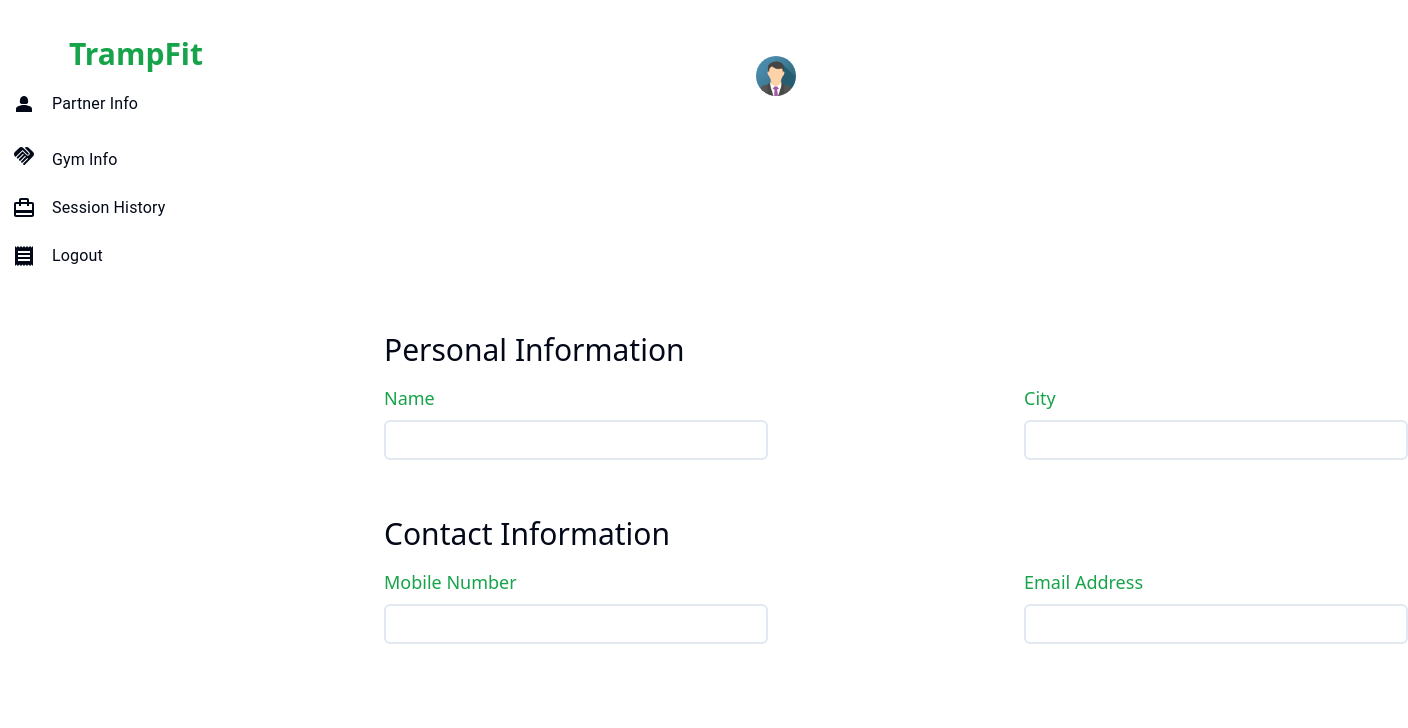
Repository: ezioxatul/TrampFit-Website
Page: /partner/partnerDashboard/partnerInfo (app in Frontend/)
These files come from the project's save history. The page is drawn as it stood at one moment and after the next save; the edit follows.
The browser window is 1280 px wide. The page is 1408 px wide, so the pictures cover 1408 px, including what lies to the right of the window. The pictures show the whole page.
The project was rebuilt for these pictures with package versions that can differ from the ones it lists, and the page was loaded fresh each time. The framework's server and built-in components were replaced by stand-ins that run in the browser. Also part of the build but not shown: Frontend/next.config.js, Frontend/next.config.mjs, Frontend/components/Loader.js, Frontend/components/Popup.js.

Above is the page before, as saved 2024-05-16 17:36:05.

### Frontend/pages/_app.js
import Loader from "@/components/Loader";
import "@/styles/globals.css";
import { useRouter } from "next/router";
import { useEffect, useState } from "react";


const Loading = () => {

  return (
    <Loader/>
  );
}

export default function App({ Component, pageProps }) {

  const [loading, setLoading] = useState(false);
  const router = useRouter();

  useEffect(() => {
    const handleStart = () => setLoading(true);
    const handleComplete = () => setLoading(false);

    router.events.on('routeChangeStart', handleStart);
    router.events.on('routeChangeComplete', handleComplete);
    router.events.on('routeChangeError', handleComplete);

    return () => {
      router.events.off('routeChangeStart', handleStart);
      router.events.off('routeChangeComplete', handleComplete);
      router.events.off('routeChangeError', handleComplete);
    };
  }, []);

  return (
    <>
    <div className="h-2">
      {
        loading  &&
          <Loading />

      }
      </div>
          <Component {...pageProps} />

    </>
  );
}

### Frontend/pages/_document.js
import { Html, Head, Main, NextScript } from "next/document";

export default function Document() {
  return (
    <Html lang="en">
          <Head />
          <body>
            <Main />
            <NextScript />
          </body>
        </Html>
        );
}

### Frontend/pages/partner/partnerDashboard/partnerInfo.js
import PartnerSideBar from "@/components/PartnerSideBar";
import { Avatar } from "@mui/material";
import { Input } from "@/components/ui/input";
import { Label } from "@/components/ui/label";
import { useEffect, useState } from "react";
import { useRouter } from "next/router";
import { ToastContainer, toast } from "react-toastify";

export default function partnerInfo() {
  return (
    <>
      <div className="flex flex-col min-h-screen">
        <div className=" flex">
          <PartnerSideBar />
          <div className=" mx-auto mt-12">
            <Avatar
              className=" w-36 h-36 text-6xl bg-black"
              src="/avtar.png"
            ></Avatar>
          </div>
        </div>
        <div>
          <h1 className=" ml-96 text-3xl mb-4 ">Personal Information</h1>
          <div className="flex ml-96 mb-10">
            <div className="mr-32 space-y-2">
              <Label
                htmlFor="name"
                className="text-lg text-green-600 font-normal"
              >
                Name
              </Label>
              <Input type="text" className=" w-96 text-lg border-2" />
            </div>
            <div className="ml-32 space-y-2">
              <Label
                htmlFor="city"
                className="text-lg text-green-600 font-normal"
              >
                City
              </Label>
              <Input type="text" className=" w-96 text-lg border-2" />
            </div>
          </div>
        </div>
        <div>
          <h1 className=" ml-96 text-3xl mb-4 mt-4 ">Contact Information</h1>
          <div className="flex ml-96 mb-10">
            <div className="mr-32 space-y-2">
              <Label
                htmlFor="name"
                className="text-lg text-green-600 font-normal"
              >
                Mobile Number
              </Label>
              <Input type="text" className=" w-96 text-lg border-2" />
            </div>
            <div className="ml-32 space-y-2 mb-10">
              <Label
                htmlFor="city"
                className="text-lg text-green-600 font-normal"
              >
                Email Address
              </Label>
              <Input type="text" className=" w-96 text-lg border-2" />
            </div>
            <ToastContainer />
          </div>
        </div>
      </div>
    </>
  );
}

### Frontend/styles/globals.css
@tailwind base;
@tailwind components;
@tailwind utilities;


@layer base {
  :root {
    --background: 0 0% 100%;
    --foreground: 222.2 84% 4.9%;

    --card: 0 0% 100%;
    --card-foreground: 222.2 84% 4.9%;

    --popover: 0 0% 100%;
    --popover-foreground: 222.2 84% 4.9%;

    --primary: 222.2 47.4% 11.2%;
    --primary-foreground: 210 40% 98%;

    --secondary: 210 40% 96.1%;
    --secondary-foreground: 222.2 47.4% 11.2%;

    --muted: 210 40% 96.1%;
    --muted-foreground: 215.4 16.3% 46.9%;

    --accent: 210 40% 96.1%;
    --accent-foreground: 222.2 47.4% 11.2%;

    --destructive: 0 84.2% 60.2%;
    --destructive-foreground: 210 40% 98%;

    --border: 214.3 31.8% 91.4%;
    --input: 214.3 31.8% 91.4%;
    --ring: 222.2 84% 4.9%;

    --radius: 0.5rem;
  }

  .dark {
    --background: 222.2 84% 4.9%;
    --foreground: 210 40% 98%;

    --card: 222.2 84% 4.9%;
    --card-foreground: 210 40% 98%;

    --popover: 222.2 84% 4.9%;
    --popover-foreground: 210 40% 98%;

    --primary: 210 40% 98%;
    --primary-foreground: 222.2 47.4% 11.2%;

    --secondary: 217.2 32.6% 17.5%;
    --secondary-foreground: 210 40% 98%;

    --muted: 217.2 32.6% 17.5%;
    --muted-foreground: 215 20.2% 65.1%;

    --accent: 217.2 32.6% 17.5%;
    --accent-foreground: 210 40% 98%;

    --destructive: 0 62.8% 30.6%;
    --destructive-foreground: 210 40% 98%;

    --border: 217.2 32.6% 17.5%;
    --input: 217.2 32.6% 17.5%;
    --ring: 212.7 26.8% 83.9%;
  }
}

@layer base {
  * {
    @apply border-border;
  }
  body {
    @apply bg-background text-foreground;
  }
}


.outline_remove:focus{


}
.focus-visible\:ring-offset-2:focus-visible{
  border:none !important;
  outline: none !important;
  border-style: none;
}

### Frontend/components/PartnerSideBar.js
import List from '@mui/material/List';
import ListItemButton from '@mui/material/ListItemButton';
import ListItemText from '@mui/material/ListItemText';
import Person2Icon from '@mui/icons-material/Person2';
import HandshakeIcon from '@mui/icons-material/Handshake';
import CardTravelIcon from '@mui/icons-material/CardTravel';
import ReceiptIcon from '@mui/icons-material/Receipt';
import LogoutIcon from '@mui/icons-material/Logout';

import { useState } from 'react';
import Link from 'next/link';
import Popup from './Popup';
import { useRouter } from 'next/router';

export default function PartnerSideBar() {

    let SideBarHeading = ['Partner Info', 'Gym Info', 'Session History', 'Logout'];

    let router = useRouter();
    let [start, setStart] = useState(false);

    const logout = () => {
        setStart(!start);
    }


    const logoutEvent = () => {
        localStorage.removeItem('partnerToken');
        setStart(false);
        router.push('/partner/partnerLogin')
    }
    return (
        <>
            <div className=" w-72  m-[-8px] p-1  mb-10">
                <Link href="#"><h1 className=' text-green-600 text-3xl font-semibold text-center mt-8 cursor-pointer'>TrampFit</h1></Link>

                <List className='bg-white mt-8 ml-6 space-y-2'>
                    {
                        SideBarHeading.map((text, index) => {
                            return (
                                index === 1 ?
                                    <>

                                        <ListItemButton className=' space-x-4 flex justify-between hover:bg-green-100 hover:rounded-2xl hover:text-green-600'>
                                            <Link href="#" className='flex space-x-4 '>
                                                <HandshakeIcon className='text-2xl' />
                                                <ListItemText primary={text} />
                                            </Link>
                                        </ListItemButton>

                                    </> :
                                    index === 0 ?
                                        <Link href="#">
                                            <ListItemButton className=' space-x-4 hover:bg-green-100 hover:rounded-2xl hover:text-green-600'>
                                                <Person2Icon className='text-2xl' />
                                                <ListItemText primary={text} />
                                            </ListItemButton>
                                        </Link> :
                                        index === 2 ?
                                            <Link href="#">
                                                <ListItemButton className=' space-x-4 hover:bg-green-100 hover:rounded-2xl hover:text-green-600'>
                                                    <CardTravelIcon className='text-2xl' />
                                                    <ListItemText primary={text} />
                                                </ListItemButton>
                                            </Link> :
                                            index === 3 ?
                                                <Link href="#">
                                                    <ListItemButton className=' space-x-4 hover:bg-green-100 hover:rounded-2xl hover:text-green-600'>
                                                        <ReceiptIcon className='text-2xl' />
                                                        <ListItemText primary={text} />
                                                    </ListItemButton>
                                                </Link> :
                                                <ListItemButton className=' space-x-4 hover:bg-green-100 hover:rounded-2xl hover:text-green-600' onClick={logout}>
                                                    <LogoutIcon className='text-2xl' />
                                                    <ListItemText primary={text} />
                                                    <Popup open={start} title={"Do you Really want to Logout?"} cancel="Cancel" logout="Logout" logoutEvent={logoutEvent} cancelEvent={logout} />
                                                </ListItemButton>
                            )
                        })
                    }
                </List>
            </div>
        </>
    );
}

### Frontend/tailwind.config.js
/** @type {import('tailwindcss').Config} */
module.exports = {
  darkMode: ["class"],
  content: [
    './pages/**/*.{js,jsx}',
    './components/**/*.{js,jsx}',
    './app/**/*.{js,jsx}',
    './src/**/*.{js,jsx}',
  ],
  prefix: "",
  theme: {
    container: {
      center: true,
      padding: "2rem",
      screens: {
        "2xl": "1400px",
      },
    },
    extend: {fontFamily: {
      play: ["Play", "sans-serif"],
    },
      colors: {
        border: "hsl(var(--border))",
        input: "hsl(var(--input))",
        ring: "hsl(var(--ring))",
        background: "hsl(var(--background))",
        foreground: "hsl(var(--foreground))",
        primary: {
          DEFAULT: "hsl(var(--primary))",
          foreground: "hsl(var(--primary-foreground))",
        },
        secondary: {
          DEFAULT: "hsl(var(--secondary))",
          foreground: "hsl(var(--secondary-foreground))",
        },
        destructive: {
          DEFAULT: "hsl(var(--destructive))",
          foreground: "hsl(var(--destructive-foreground))",
        },
        muted: {
          DEFAULT: "hsl(var(--muted))",
          foreground: "hsl(var(--muted-foreground))",
        },
        accent: {
          DEFAULT: "hsl(var(--accent))",
          foreground: "hsl(var(--accent-foreground))",
        },
        popover: {
          DEFAULT: "hsl(var(--popover))",
          foreground: "hsl(var(--popover-foreground))",
        },
        card: {
          DEFAULT: "hsl(var(--card))",
          foreground: "hsl(var(--card-foreground))",
        },
      },
      borderRadius: {
        lg: "var(--radius)",
        md: "calc(var(--radius) - 2px)",
        sm: "calc(var(--radius) - 4px)",
      },
      keyframes: {
        "accordion-down": {
          from: { height: "0" },
          to: { height: "var(--radix-accordion-content-height)" },
        },
        "accordion-up": {
          from: { height: "var(--radix-accordion-content-height)" },
          to: { height: "0" },
        },
      },
      animation: {
        "accordion-down": "accordion-down 0.2s ease-out",
        "accordion-up": "accordion-up 0.2s ease-out",
      },
    },
  },
  plugins: [require("tailwindcss-animate")],
}

Loaded but not shown: Frontend/components/ui/input.jsx (common file); Frontend/components/ui/label.jsx (common file); Frontend/lib/utils.js (common file)

After the next save:
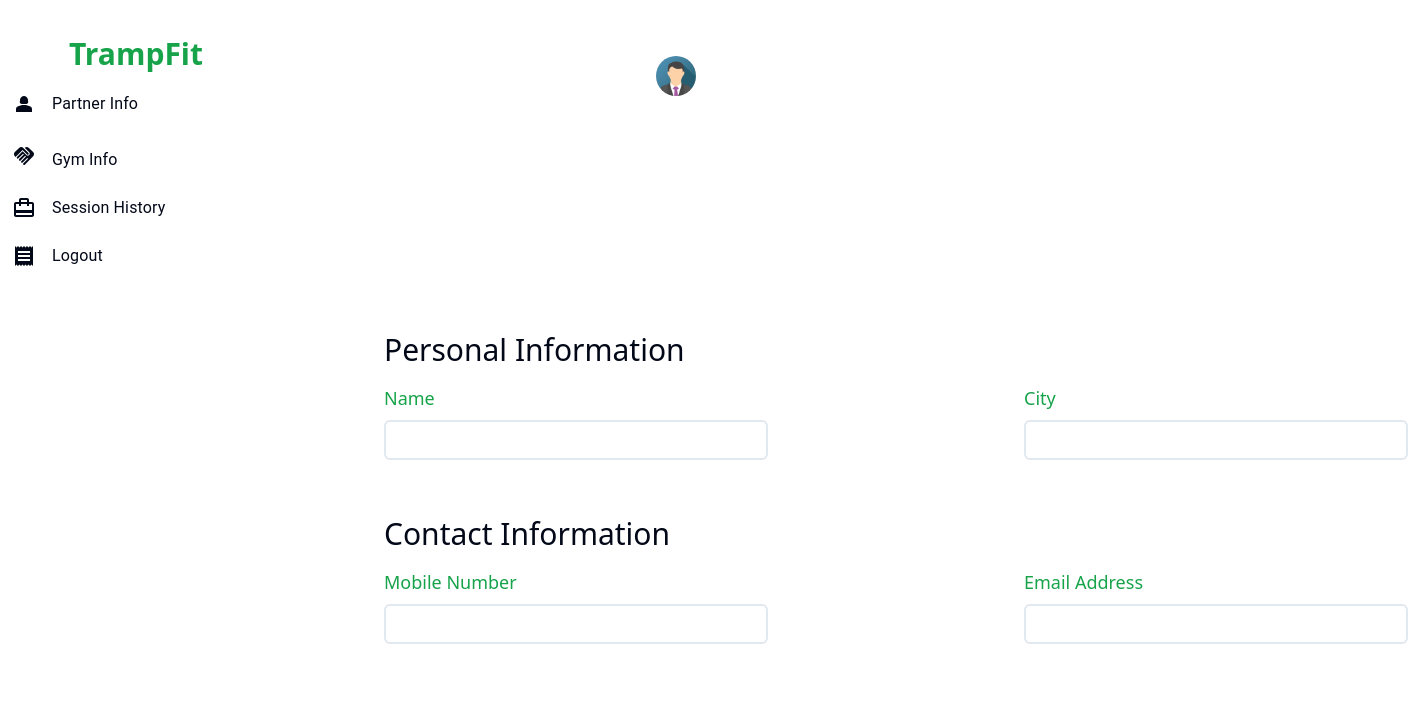
Saved 2 min 18 s later.
--- a/Frontend/pages/partner/partnerDashboard/partnerInfo.js
+++ b/Frontend/pages/partner/partnerDashboard/partnerInfo.js
@@ -7,66 +7,55 @@ import { useRouter } from "next/router";
 import { ToastContainer, toast } from "react-toastify";
 
 export default function partnerInfo() {
-  return (
-    <>
-      <div className="flex flex-col min-h-screen">
-        <div className=" flex">
-          <PartnerSideBar />
-          <div className=" mx-auto mt-12">
-            <Avatar
-              className=" w-36 h-36 text-6xl bg-black"
-              src="/avtar.png"
-            ></Avatar>
-          </div>
-        </div>
-        <div>
-          <h1 className=" ml-96 text-3xl mb-4 ">Personal Information</h1>
-          <div className="flex ml-96 mb-10">
-            <div className="mr-32 space-y-2">
-              <Label
-                htmlFor="name"
-                className="text-lg text-green-600 font-normal"
-              >
-                Name
-              </Label>
-              <Input type="text" className=" w-96 text-lg border-2" />
+    const inputClassName = "w-96 text-lg border-2";
+    const labelClassName = "text-lg text-green-600 font-normal";
+    const containerClassName = "ml-96";
+
+    return (
+        <>
+            <div className="flex flex-col min-h-screen">
+                <div className="flex">
+                    <PartnerSideBar />
+                    <div className={`${containerClassName} mt-12 mx-auto`}>
+                        <Avatar className="w-36 h-36 text-6xl bg-black" src="/avtar.png" />
+                    </div>
+                </div>
+                <div>
+                    <h1 className={`${containerClassName} text-3xl mb-4`}>Personal Information</h1>
+                    <div className={`${containerClassName} flex mb-10`}>
+                        <div className="mr-32 space-y-2">
+                            <Label htmlFor="name" className={labelClassName}>
+                                Name
+                            </Label>
+                            <Input type="text" className={inputClassName} />
+                        </div>
+                        <div className="ml-32 space-y-2">
+                            <Label htmlFor="city" className={labelClassName}>
+                                City
+                            </Label>
+                            <Input type="text" className={inputClassName} />
+                        </div>
+                    </div>
+                </div>
+                <div>
+                    <h1 className={`${containerClassName} text-3xl mb-4 mt-4`}>Contact Information</h1>
+                    <div className={`${containerClassName} flex mb-10`}>
+                        <div className="mr-32 space-y-2">
+                            <Label htmlFor="name" className={labelClassName}>
+                                Mobile Number
+                            </Label>
+                            <Input type="text" className={inputClassName} />
+                        </div>
+                        <div className="ml-32 space-y-2 mb-10">
+                            <Label htmlFor="city" className={labelClassName}>
+                                Email Address
+                            </Label>
+                            <Input type="text" className={inputClassName} />
+                        </div>
+                        <ToastContainer />
+                    </div>
+                </div>
             </div>
-            <div className="ml-32 space-y-2">
-              <Label
-                htmlFor="city"
-                className="text-lg text-green-600 font-normal"
-              >
-                City
-              </Label>
-              <Input type="text" className=" w-96 text-lg border-2" />
-            </div>
-          </div>
-        </div>
-        <div>
-          <h1 className=" ml-96 text-3xl mb-4 mt-4 ">Contact Information</h1>
-          <div className="flex ml-96 mb-10">
-            <div className="mr-32 space-y-2">
-              <Label
-                htmlFor="name"
-                className="text-lg text-green-600 font-normal"
-              >
-                Mobile Number
-              </Label>
-              <Input type="text" className=" w-96 text-lg border-2" />
-            </div>
-            <div className="ml-32 space-y-2 mb-10">
-              <Label
-                htmlFor="city"
-                className="text-lg text-green-600 font-normal"
-              >
-                Email Address
-              </Label>
-              <Input type="text" className=" w-96 text-lg border-2" />
-            </div>
-            <ToastContainer />
-          </div>
-        </div>
-      </div>
-    </>
-  );
+        </>
+    );
 }
